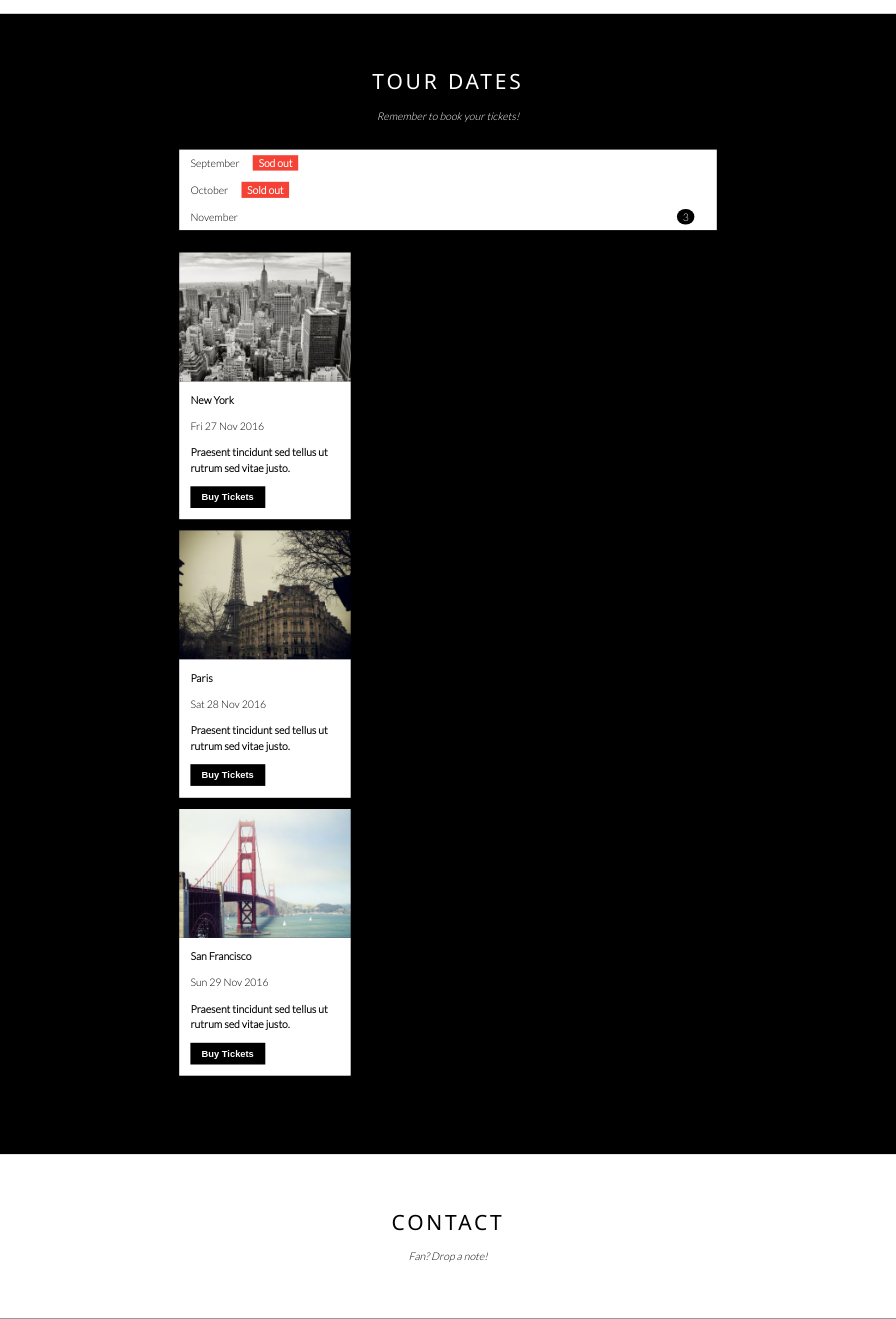
Repository: vanmanhAI/project-03-w3
Page: index.html
The author's editor kept a copy of each file at every save. The page is drawn from the files as they stood at one save, then again after a run of saves.
The browser window is 1280 px wide. The pictures show the part of the page from y = 1344 to 3264 px (the page is 3228 px tall before and 3264 px after), at 70% of full size.
Some web libraries are served in a nearby version.

Above is the page before, as saved 2022-07-13 09:55:20.

### index.html
<!DOCTYPE html>
<html lang="en">
<head>
    <meta charset="UTF-8">
    <meta http-equiv="X-UA-Compatible" content="IE=edge">
    <meta name="viewport" content="width=device-width, initial-scale=1.0">
    <title>Document</title>
    <link rel="stylesheet" href="./assets/css/style.css">
    <!-- icons -->
    <link rel="stylesheet" href="https://cdnjs.cloudflare.com/ajax/libs/font-awesome/6.1.1/css/all.min.css" integrity="sha512-KfkfwYDsLkIlwQp6LFnl8zNdLGxu9YAA1QvwINks4PhcElQSvqcyVLLD9aMhXd13uQjoXtEKNosOWaZqXgel0g==" crossorigin="anonymous" referrerpolicy="no-referrer" />
    <!-- font -->
    <link rel="preconnect" href="https://fonts.googleapis.com">
<link rel="preconnect" href="https://fonts.gstatic.com" crossorigin>
<link href="https://fonts.googleapis.com/css2?family=Lato:wght@300&display=swap" rel="stylesheet">
</head>
<body>
    <div id="main">
        <div id="header">
            <ul id="nav">
                <li><a href="#">home</a></li>
                <li><a href="#content-band">band</a></li>
                <li><a href="#content-tour">tour</a></li>
                <li><a href="#">contact</a></li>
                <li>
                    <a href="#">
                        more
                        <i class="fa-solid fa-caret-down subnav-caret"></i>
                    </a>
                    <ul class="subnav">
                        <li><a href="#">merchandise</a></li>
                        <li><a href="#">extras</a></li>
                        <li><a href="#">media</a></li>
                    </ul>
                </li>
            </ul>
            <i class="fa-solid fa-magnifying-glass header-search"></i>
        </div>

        <div id="slider">
            <div class="slider-desc">
                <h3 class="slider-name">chicago</h3>
                <b class="slider-content">Thank you, Chicago - A night we won't forget.</b>
            </div>
        </div>

        <div id="content">
            <div class="content-section" id="content-band">
                <h3 class="section-heading" >the band</h3>
                <p class="section-sub-heading">We love music</p>
                <p class="about">We have created a fictional band website. Lorem ipsum dolor sit amet, consectetur adipiscing elit, sed do eiusmod tempor incididunt ut labore et dolore magna aliqua. Ut enim ad minim veniam, quis nostrud exercitation ullamco laboris nisi ut aliquip ex ea commodo consequat. Duis aute irure dolor in reprehenderit in voluptate velit esse cillum dolore eu fugiat nulla pariatur. Excepteur sint occaecat cupidatat non proident, sunt in culpa qui officia deserunt mollit anim id est laborum consectetur adipiscing elit, sed do eiusmod tempor incididunt ut labore et dolore magna aliqua. Ut enim ad minim veniam, quis nostrud exercitation ullamco laboris nisi ut aliquip ex ea commodo consequat.</p>
                <div class="members-list">
                    <div class="member-item">
                        <p class="member-name">name</p>
                        <img src="./assets/img/Band/member1.jpg" alt="name" class="member-img">
                    </div>
                    <div class="member-item">
                        <p class="member-name">name</p>
                        <img src="./assets/img/Band/member1.jpg" alt="name" class="member-img">
                    </div>
                    <div class="member-item">
                        <p class="member-name">name</p>
                        <img src="./assets/img/Band/member1.jpg" alt="name" class="member-img">
                    </div>
                </div>
            </div>
            <div class="tour-section">
                <div class="content-section" id="content-tour">
                    <h3 class="section-heading text-white">tour dates</h3>
                    <p class="section-sub-heading text-white">Remember to book your tickets!</p>
                    <br>
                    <ul class="tickets-list">
                        <li>September <span class="sold-out">Sod out</span></li>
                        <li>October <span class="sold-out">Sold out</span></li>
                        <li>November <span class="quantity">3</span></li>
                    </ul>
                    <div class="places-list row">
                        <div class="place-item">
                            <img src="./assets/img/Places/newyork.jpg" alt="New York" class="place-img">
                            <div class="place-body">
                                <h4 class="place-heading">new york</h4>
                                <p class="place-time">Fri 27 Nov 2016</p>
                                <p class="place-desc">Praesent tincidunt sed tellus ut rutrum sed vitae justo.</p>
                                <button class="place-buy-btn js-buy-ticket">Buy Tickets</button>
                            </div>
                        </div>
                        <div class="place-item">
                            <img src="./assets/img/Places/paris.jpg" alt="Paris" class="place-img">
                            <div class="place-body">
                                <h4 class="place-heading">paris</h4>
                                <p class="place-time">Sat 28 Nov 2016</p>
                                <p class="place-desc">Praesent tincidunt sed tellus ut rutrum sed vitae justo.</p>
                                <button class="place-buy-btn js-buy-ticket">Buy Tickets</button>
                            </div>
                        </div>
                        <div class="place-item">
                            <img src="./assets/img/Places/sanfran.jpg" alt="San Francisco" class="place-img">
                            <div class="place-body">
                                <h4 class="place-heading">san francisco</h4>
                                <p class="place-time">Sun 29 Nov 2016</p>
                                <p class="place-desc">Praesent tincidunt sed tellus ut rutrum sed vitae justo.</p>
                                <button class="place-buy-btn js-buy-ticket">Buy Tickets</button>
                            </div>
                        </div>
                    </div>
                </div>
            </div>
            <div class="content-section">
                <h3 class="section-heading">contact</h3>
                <p class="section-sub-heading">Fan? Drop a note!</p>

            </div>
        </div>
        <div id="footer"></div>
    </div>
    <div class="modal js-modal">
        <div class="modal-container js-modal-container">
            <div class="modal-header">
                <button class="modal-close js-modal-close">✕</button>
                <h3 class="modal-heading">
                    <i class="fa-solid fa-suitcase modal-bag"></i>
                    Tickets
                </h3>
            </div>
            <div class="modal-body">
                <label for="ticket-quantity" class="modal-label">
                    <i class="fa-solid fa-cart-shopping modal-shopping"></i>
                    Tickets, $15 per person
                </label>
                <input type="text" name="" id="ticket-quantity" placeholder="How many?" class="modal-input">
                <label for="ticket-email" class="modal-label">
                    <i class="fa-solid fa-user modal-user"></i>
                    Send To
                </label>
                <input type="text" name="" id="ticket-email" placeholder="Enter email" class="modal-input">
                <button class="modal-btn-pay">
                    PAY
                    <i class="fa-solid fa-check modal-check"></i>
                </button>
                <button class="modal-btn-close js-modal-close">
                    Close
                    <i class="fa-solid fa-xmark modal-xmark"></i>
                </button>
                <p class="modal-assit">
                    Need
                    <a href="#" class="modal-help">help?</a>
                </p>
            </div>
        </div>
    </div>
    <script>
        const buyBtns = document.querySelectorAll('.js-buy-ticket')
        const modal = document.querySelector('.js-modal')
        const modalCloses = document.querySelectorAll('.js-modal-close')
        const modalContainer = document.querySelector('.js-modal-container')
        modal.addEventListener('click', closeModal)
        modalContainer.addEventListener('click', function (event) {
            event.stopPropagation()
        })
        function closeModal() {
            modal.classList.remove('open')
        }
        function showBuyTicKets() {
            modal.classList.add('open')
        }
        for(const modalClose of modalCloses) {
            modalClose.addEventListener('click', closeModal)
        }
        for(const buyBtn of buyBtns) {
            buyBtn.addEventListener('click',  showBuyTicKets)
        }
    </script>
</body>
</html>

### assets/css/style.css
* {
    padding: 0;
    margin: 0;
    box-sizing: border-box;
}
html {
    font-size: 62.5%;
}
:root {
    --lineheight-nav: 2.25rem;
    --padding-nav: 1.2rem;
}
/* common */
.text-white {
    color: #fff;
}
.row {
    margin-left: -1.6rem;
    margin-right: -1.6rem;
}
.col {
    float: left;
    padding-left: 0.8rem;
    padding-right: 0.8rem;
}
/* main */
#main {

}
#header {
    position: fixed;
    z-index: 1;
    top: 0;
    left: 0;
    right: 0;
    background: #000;
    font-size: 1.5rem;
    font-family: 'Lato', sans-serif;
    font-weight: bold;
    line-height: var(--lineheight-nav);
}
#header:after {
    content: "";
    display: block;
    clear: both;
}
#header .header-search {
    color: #fff;
    display: block;
    float: right;
    padding: var(--padding-nav) 2.4rem;
    line-height: var(--lineheight-nav);
    cursor: pointer;
}
#header .header-search:hover {
    background: #f44336
}
#header #nav>li {
    position: relative;
    text-align: center;
    cursor: pointer;
    float: left;
}
#header #nav>li>a {
    display: block;
    padding: var(--padding-nav) 2.4rem;
}
#header #nav>li:last-child:hover .subnav {
    width: 16rem;
}
#header #nav li:hover {
    background: #ccc;
}
#header #nav>li:hover>a {
    color: #000;
}
#nav li {
    list-style-type: none;
    position: relative;
}
#nav li .subnav-caret {
    text-transform: none;
    text-align: center;
}
#nav li a {
    color: #fff;
    text-decoration: none;
    text-transform: uppercase;
}
#nav .subnav {
    position: absolute;
    width: 0;
    overflow: hidden;
    top: 100%;
    left: 0;
    background: #fff;
    color: #000;
    box-shadow: 0 0 4px 0 #ccc;
    transition: width 0.3s linear;
}
#nav .subnav li {
    padding: 0.8rem 1.6rem;
    text-align: left;
    min-width: 16rem;
}
#nav .subnav li a {
    color: #000;
    text-transform: capitalize;
}
#slider {
    position: relative;
    margin-top: calc(var(--lineheight-nav) + 2*var(--padding-nav));
    background: #ccc;
    padding-top: 50%;
    max-height: 100vh;
    background: url('/assets/img/sliders/chicago.jpg') top/cover no-repeat
}
.slider-desc{
    position: absolute;
    bottom: 0;
    left: 50%;
    transform: translatex(-50%);
    color: #fff;
    padding: 3.2rem 1.6rem;
    text-align: center;
    font-size: 1.5rem;
    font-family: 'Lato', sans-serif;

}
.slider-name{
    text-transform: capitalize;
    font-size: 2.4rem;
    line-height: 3.6rem;
    margin: 1rem 0;
}
.slider-content{
    line-height: 1.5;
    font-size: 1.5rem;
}
#content {
    line-height: 1.5;
}
#content .content-section {
    max-width: 80rem;
    margin: 0 auto;
    padding: 6.4rem 1.6rem;
    font-size: 1.5rem;
    font-family: 'Lato', sans-serif;
}
#content .section-heading {
    font-size: 3rem;
    text-transform: uppercase;
    line-height: 4.5rem;
    margin: 1rem 0;
    text-align: center;
    letter-spacing: 0.4rem;
    font-family: "Segoe UI",Arial,sans-serif;
    font-weight: 400;
}
#content .section-sub-heading {
    text-align: center;
    font-style: italic;
    font-weight: 100;
    margin: 1.5rem 0;
}
#content .content-section .about {
    text-align: justify;
    font-weight: bold;
    margin: 1.5rem 0;
    word-spacing: 0.1rem;
}
#content .members-list {
    padding: 3.2rem 0;
    text-align: center;
}
#content .members-list:after {
    content: "";
    display: block;
    clear: both;
}
#content .member-item{
    float: left;
    width: calc(100%/3);
}
#content .members-list .member-name {
    margin: 1.5rem 0;
    text-transform: capitalize;
    font-weight: bold;
}
#content .members-list .member-img{
    width: 60%;
    border-radius: 0.4rem;
    margin: 0 0 1.6rem;
}
#content .tour-section {
    background: #000;
}
#content .tour-section .tickets-list {
    background: #fff;
    list-style-type: none;
}
#content .tickets-list li {
    padding: 0.8rem 1.6rem;
}
#content .tickets-list .sold-out {
    display: inline-block;
    padding: 0 0.8rem;
    color: #fff;
    background: #f44336;
    margin-left: 1.6rem;
    text-align: center;
    font-weight: bold;
}
#content .tickets-list .quantity {
    display: block;
    padding: 0 0.8rem;
    background: #000;
    color: #fff;
    border-radius: 50%;
    float: right;
    margin-right: 1.6rem;
}
#content .places-list {
    padding: 3.2rem 0.8rem;
}
#content .places-list:after {
    content: "";
    display: block;
    clear: both;
}
#content .places-list .place-item {
    width: calc(100%/3);
    padding: 0 0.8rem 1.6rem;
}
#content .places-list .place-img {
    width: 100%;
    vertical-align: middle;
}
#content .places-list .place-img:hover {
    opacity: 0.6;
}
#content .places-list .place-body{
    background: #fff;
    padding: 0.015rem 1.6rem;
}
#content .places-list .place-heading{
    margin: 1.5rem 0;
    text-transform: capitalize;
    font-weight: 700;
}
#content .places-list .place-time{
    margin: 1.5rem 0;
}
#content .places-list .place-desc{
    margin: 1.5rem 0;
    font-weight: bold;
}
#content .places-list .place-buy-btn{
    display: inline-block;
    padding: 0.8rem 1.6rem;
    border: none;
    background: #000;
    color: #fff;
    margin-bottom: 1.6rem;
    font-weight: bold;
}
#content .places-list .place-buy-btn:hover {
    background: #ccc;
    color: #000;
}
.modal {
    display: none;
    position: fixed;
    z-index: 3;
    top: 0;
    left: 0;
    right: 0;
    bottom: 0;
    background: rgba(0, 0, 0, 0.4);
    font-size: 1.5rem;
    font-family: "Segoe UI",Arial,sans-serif;
    line-height: 2.25rem;
    padding: 100px 16px;
}
.modal.open {
    display: block;
}
.modal .modal-container {
    position: relative;
    z-index: 2;
    box-shadow: 0 4px 10px rgba(0, 0, 0, 0.4);
    max-width: 900px;
    margin: auto;
}
.modal.open .modal-container {
    animation:  modalFadeIn 0.5s ease;
}
.modal .modal-container .modal-header {
    position: relative;
    color: #fff;
    background: #009688;
    text-align: center;
    padding: 3.2rem 1.6rem;
}
.modal .modal-header .modal-close {
    position: absolute;
    top: 0;
    right: 0;
    line-height: 3.6rem;
    padding: 0.8rem 1.6rem;
    font-size: 1.5rem;
    border: none;
    background: transparent;
}
.modal .modal-header .modal-close:hover {
    background: #ccc;
    color: #000;
}
.modal .modal-header .modal-heading {
    font-weight: 400;
    font-size: 3rem;
    line-height: 4.5rem;
    margin: 1rem 0;
    letter-spacing: 0.4rem;
}
.modal .modal-header .modal-bag{
    font-size: 2.7rem;
}
.modal .modal-container .modal-body {
    padding: 0.015rem 1.6rem;
    background: #fff;
}
.modal-container .modal-body:after {
    content: "";
    display: block;
    clear: both;
}
.modal .modal-body .modal-label {
    display: block;
    margin: 1.5rem 0;
}
.modal .modal-body .modal-input {
    display: block;
    width: 100%;
    border: 1px solid #ccc;
    padding: 8px;
    font-family: "Segoe UI",Arial,sans-serif;
    font-size: 1.5rem;
    line-height: 2.25rem;
}
.modal .modal-container .modal-btn-pay {
    display: block;
    width: 100%;
    border: none;
    margin: 1.6rem 0;
    padding: 1.6rem;
    background: #009688;
    color: #fff;
    text-align: center;
}
.modal .modal-container .modal-btn-pay:hover {
    background: #ccc;
    color: #000;
}
.modal .modal-container .modal-btn-close {
    border: none;
    margin: 1.6rem 0;
    padding: 0.8rem 1.6rem;
    float: left;
    background: #f44336;
    color: #fff;
    font-weight: bold;
    font-family: "Segoe UI",Arial,sans-serif;
    font-size: 1.5rem;
    line-height: 2.25rem;
}
.modal-container .modal-btn-close:hover {
    background: #ccc;
    color: #000;
}
.modal .modal-container .modal-assit {
    float: right;
    margin: 1.5rem 0;
}
.modal-container .modal-assit .modal-help {
    color: #2196f3;
    font-family: "Segoe UI",Arial,sans-serif;
}
@keyframes modalFadeIn {
    from {
        transform: translateY(-125%);
        opacity: 0;
    }
    to {
        transform: translateY(0);
        opacity: 1;
    }
}
.footer {

}

After the next 2 saves:
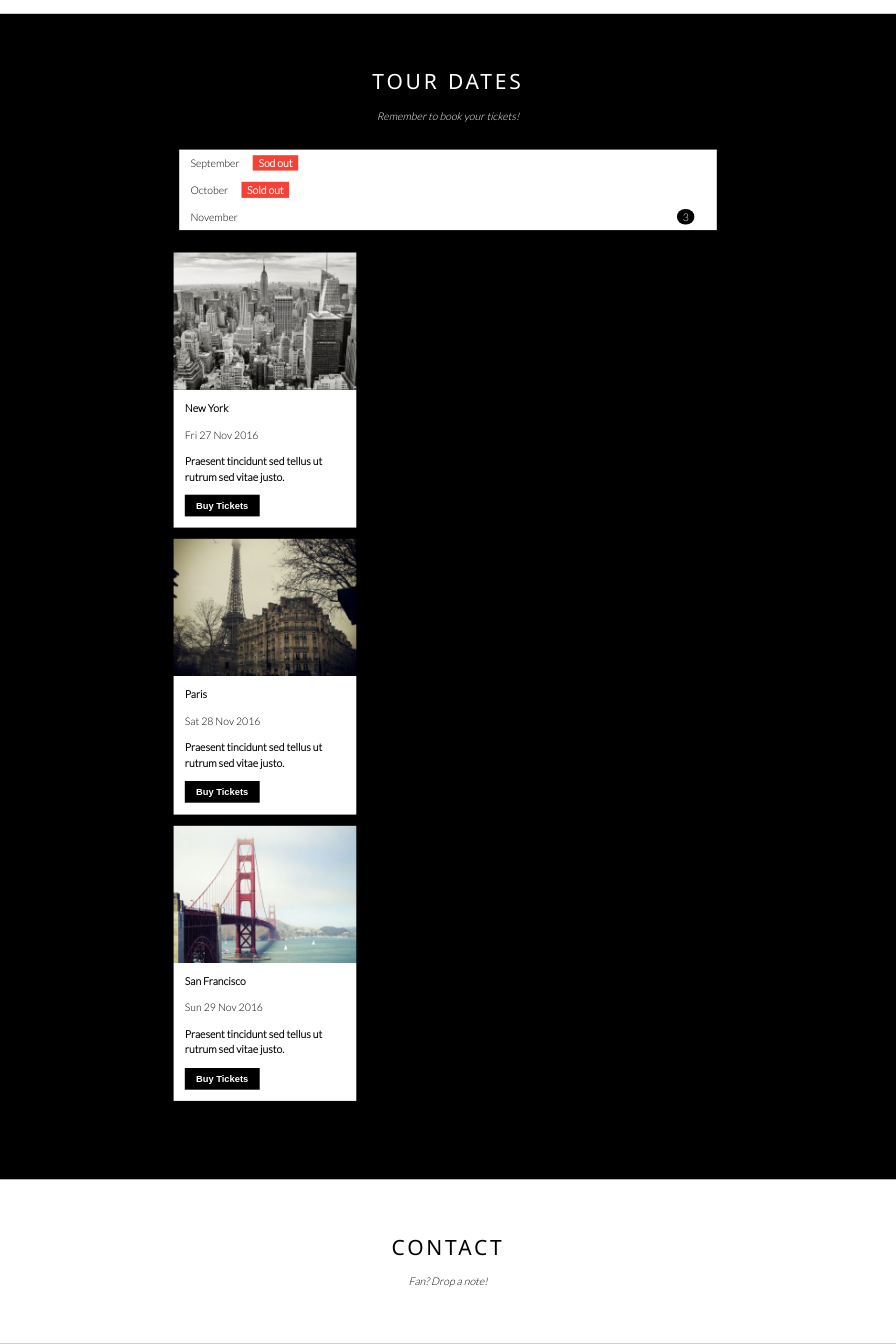
The 2 saves are shown as one change because they came seconds apart.
The last was saved 17 s later.
--- a/assets/css/style.css
+++ b/assets/css/style.css
@@ -230,7 +230,7 @@ html {
 }
 #content .places-list .place-item {
     width: calc(100%/3);
-    padding: 0 0.8rem 1.6rem;
+    padding-bottom: 1.6rem;
 }
 #content .places-list .place-img {
     width: 100%;
